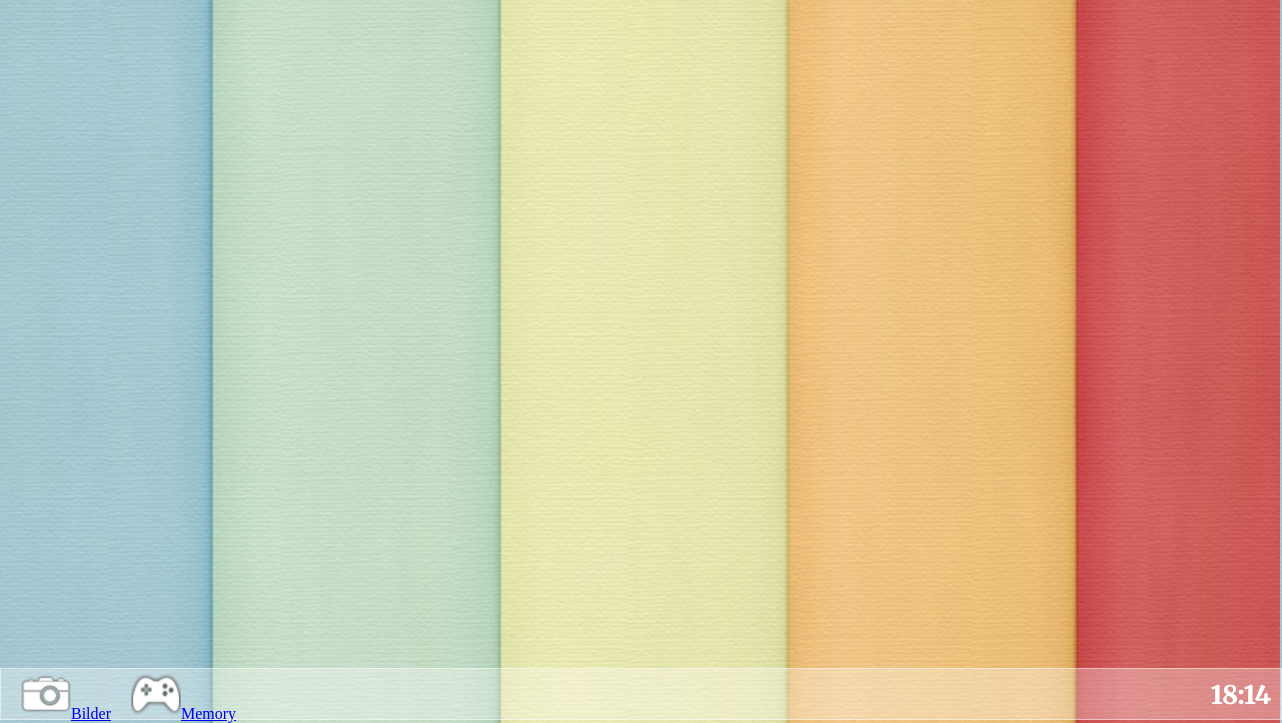
Repository: RebeccaFransson/1dv403-laborationer
Page: 5-pwd/desktop.html
The author's editor kept a record of every edit. The page is drawn from the files as they stood at one moment, then again after the next edit.
The browser window is 1280 px wide. The page is 1282 px wide, so the pictures cover 1282 px, including what lies to the right of the window. The pictures show the whole page.
Some web fonts or font styles are not loaded; a fallback is used.

Above is the page before.

After the next edit:
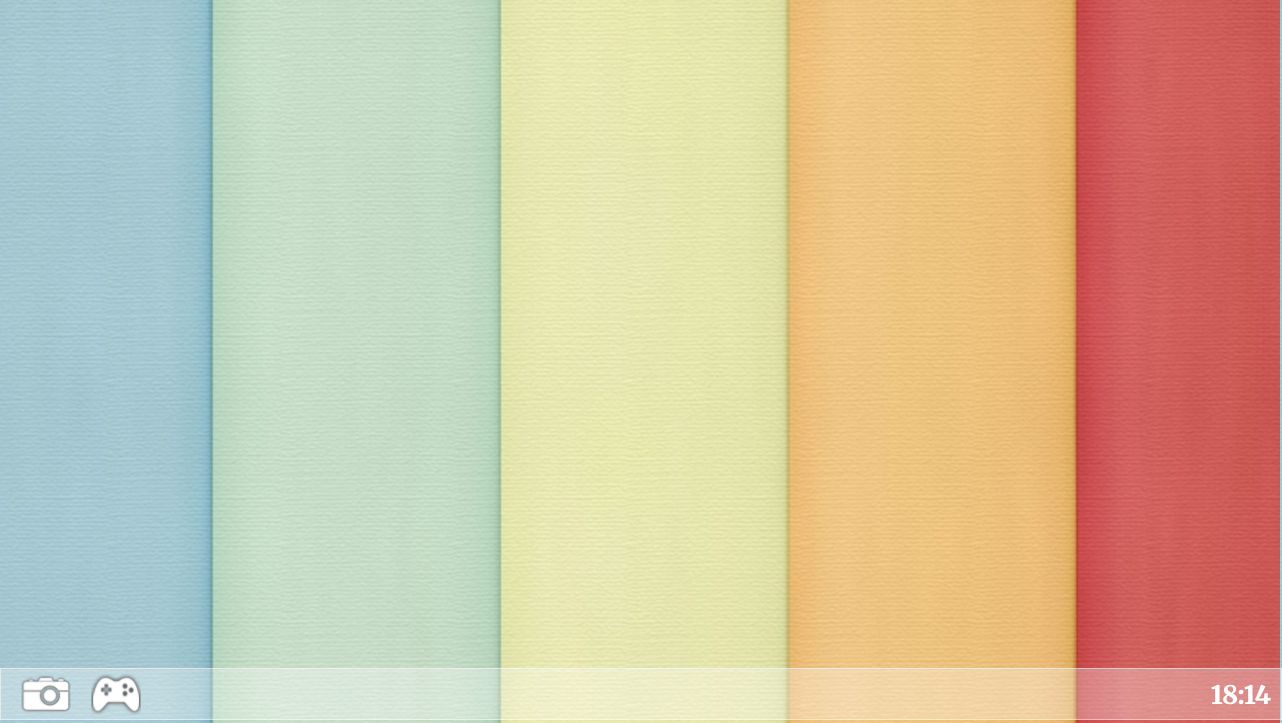
The edit:
--- a/5-pwd/script/Desktop.js
+++ b/5-pwd/script/Desktop.js
@@ -15,7 +15,7 @@
     img.setAttribute('height', '50px');
     var a = document.createElement('a');
     var aSpan = document.createElement('span');
-    aSpan.innerHTML = namn;
+    aSpan.setAttribute('title', namn);
     a.setAttribute('href', '#');
     a.setAttribute('class', 'tooltip');
     document.querySelector('#meny').appendChild(a);
